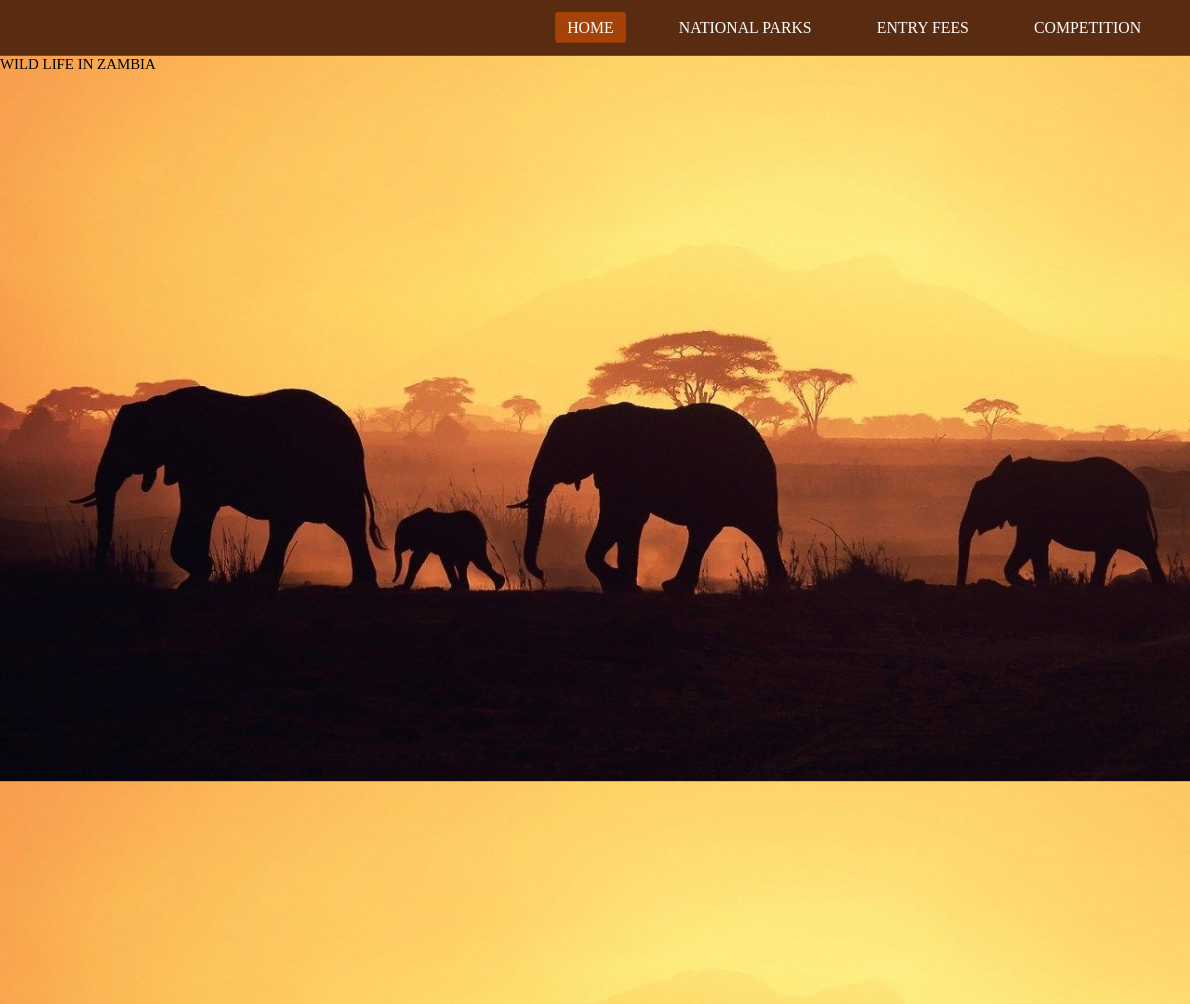
Repository: Lungdjos/web_assignment_3rd_yr
Page: home/index.html
These files come from the project's save history. The page is drawn as it stood at one moment and after a run of saves; the edit follows.
The browser window is 1280 px wide. The pictures show the whole page, at 93% of full size.
Some web libraries are served in a nearby version.

Above is the page before, as saved 2021-06-17 18:12:22.

After the next 2 saves:
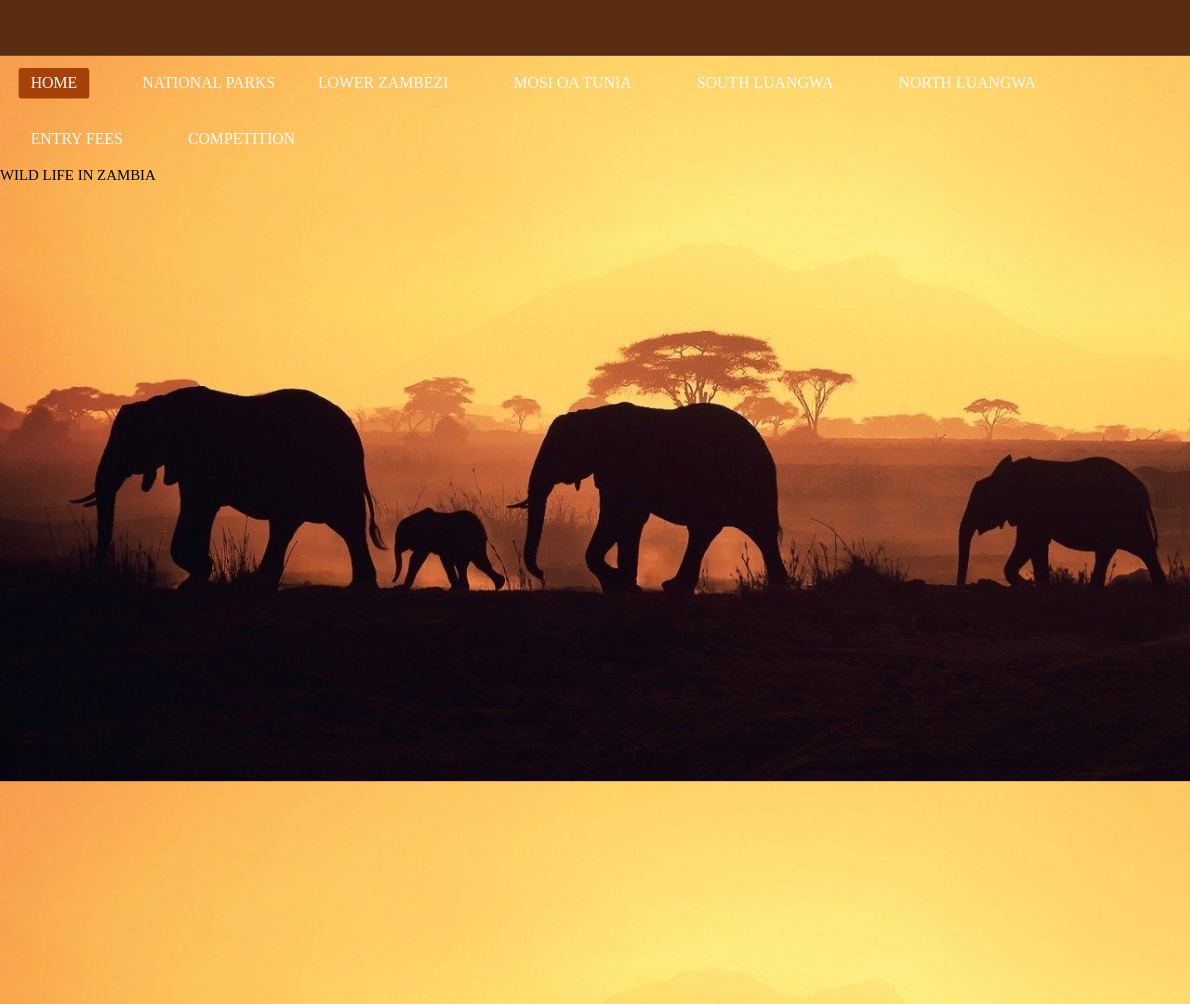
The 2 saves are shown as one change because they came seconds apart.
The last was saved 89 s later.
--- a/home/index.css
+++ b/home/index.css
@@ -116,7 +116,7 @@
     padding: 0 15px;
     color: white;
     text-decoration: none;
-}*/
+    }
 
     nav ul li:hover>ul {
         display: block;

After the save that followed:
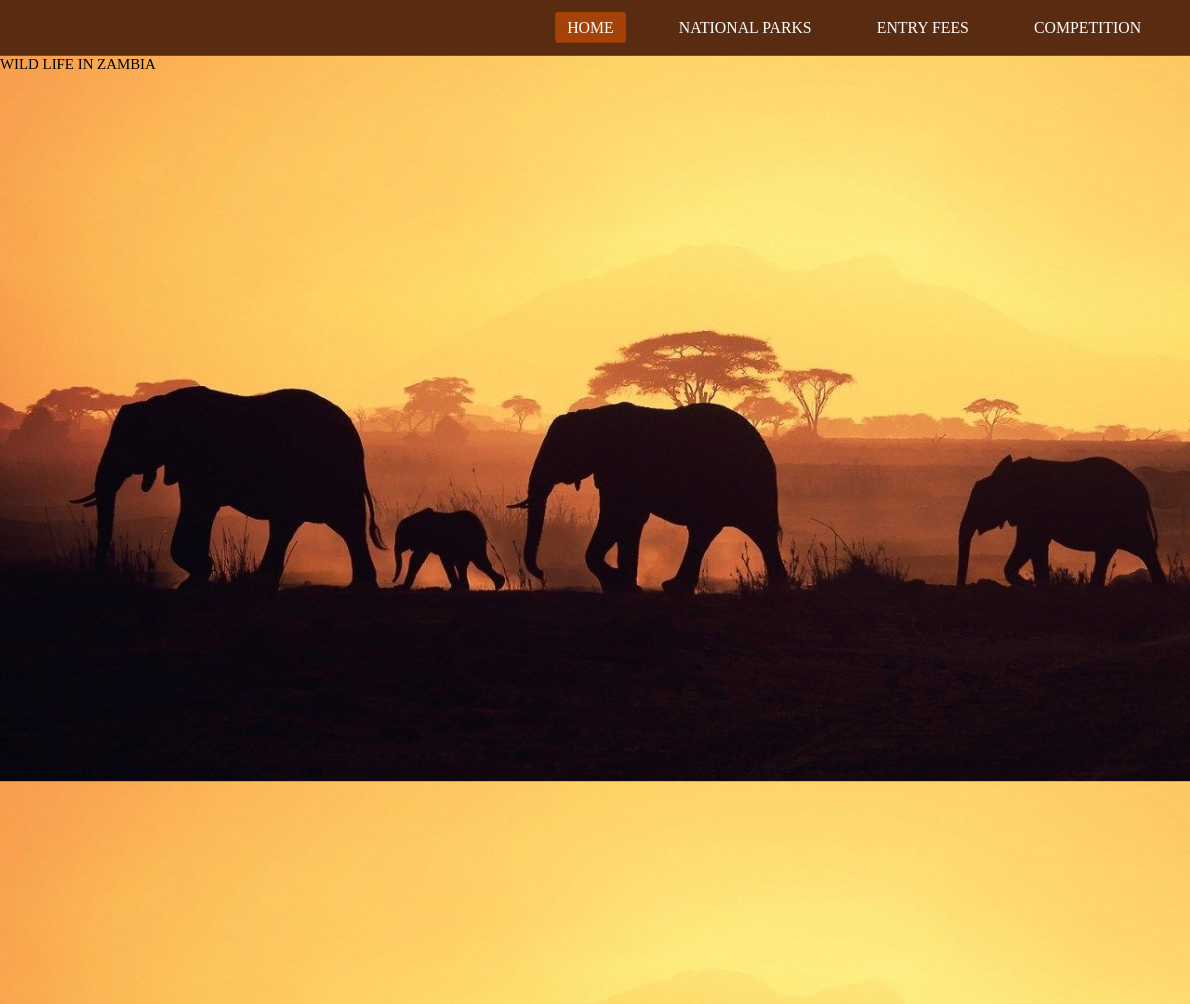
Saved 5 s later.
--- a/home/index.css
+++ b/home/index.css
@@ -111,11 +111,12 @@
         height: calc(150vh - 60px);
     }
     /**New Content Added*/
-    /*nav ul li ul a {
-    display: block;
-    padding: 0 15px;
-    color: white;
-    text-decoration: none;
+
+    nav ul li ul a {
+        display: block;
+        padding: 0 15px;
+        color: white;
+        text-decoration: none;
     }
 
     nav ul li:hover>ul {
